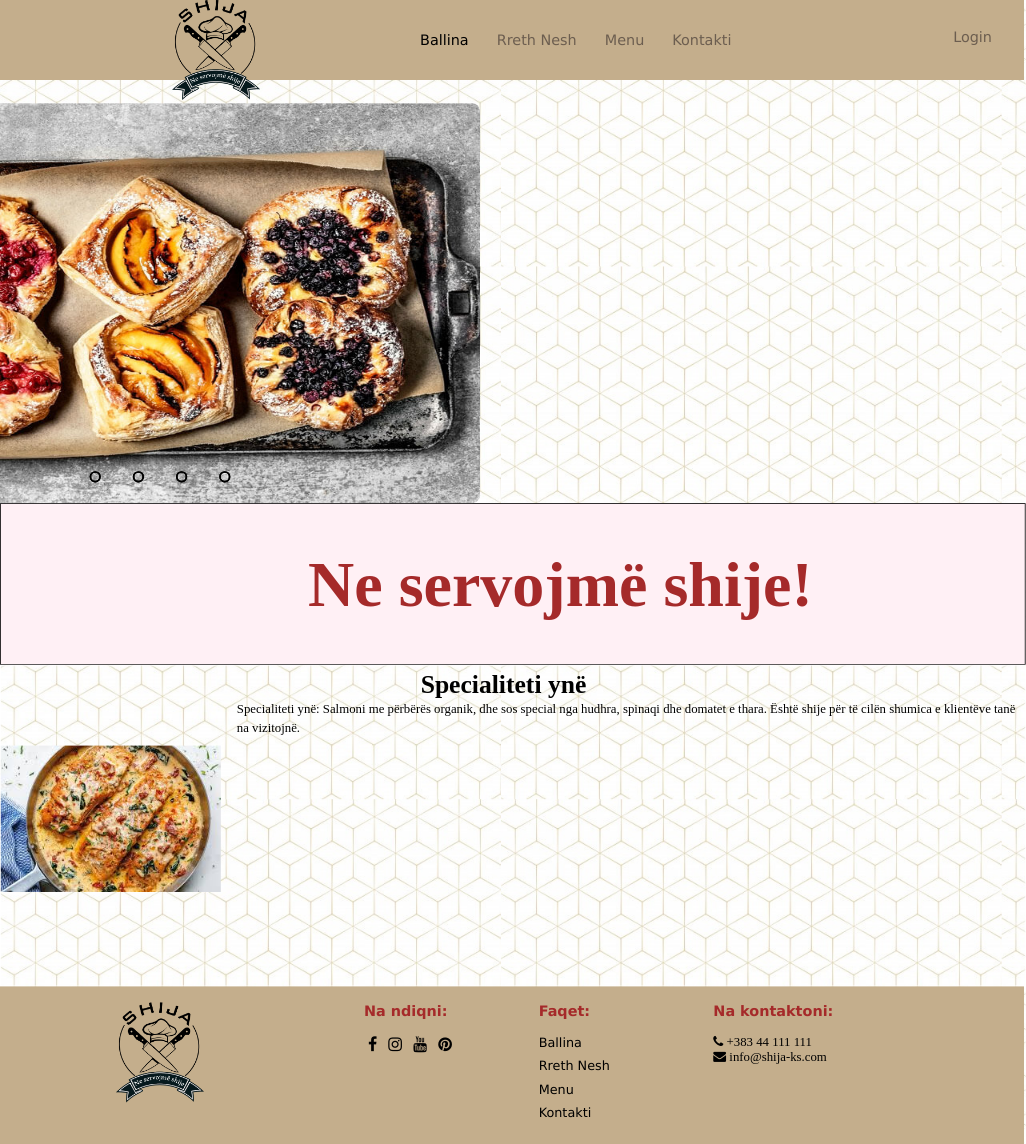
Repository: bs47892/ProjektiWeb-Shija2020
Page: http://localhost/shija.html
These files come from the project's save history. The page is drawn as it stood at one moment and after the next save; the edit follows.
The browser window is 1280 px wide. The page is 1282 px wide, so the pictures cover 1282 px, including what lies to the right of the window. The pictures show the whole page, at 80% of full size.
The page is run by PHP 8.4 with error messages shown; the project is at /var/www/html/.

Above is the page before, as saved 2021-02-11 22:12:42.

After the next save:
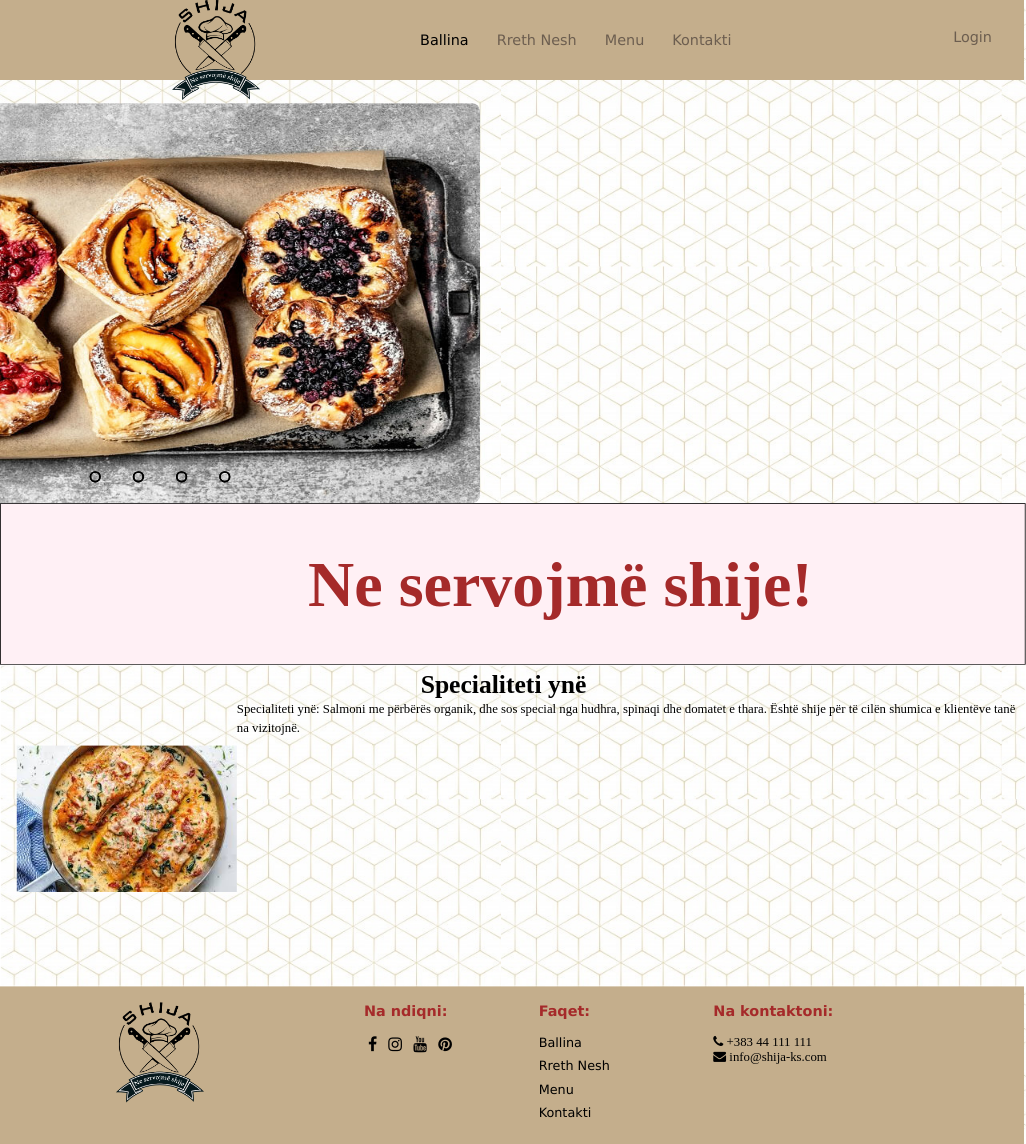
Saved 31 s later.
--- a/style.css
+++ b/style.css
@@ -255,7 +255,7 @@ footer{
    .specialiteti img{
        float:left;
        margin-top:100px;
-       margin-right: 20px;
+       margin-left: 20px;
    }
    /*perfundon specialiteti*/
 
